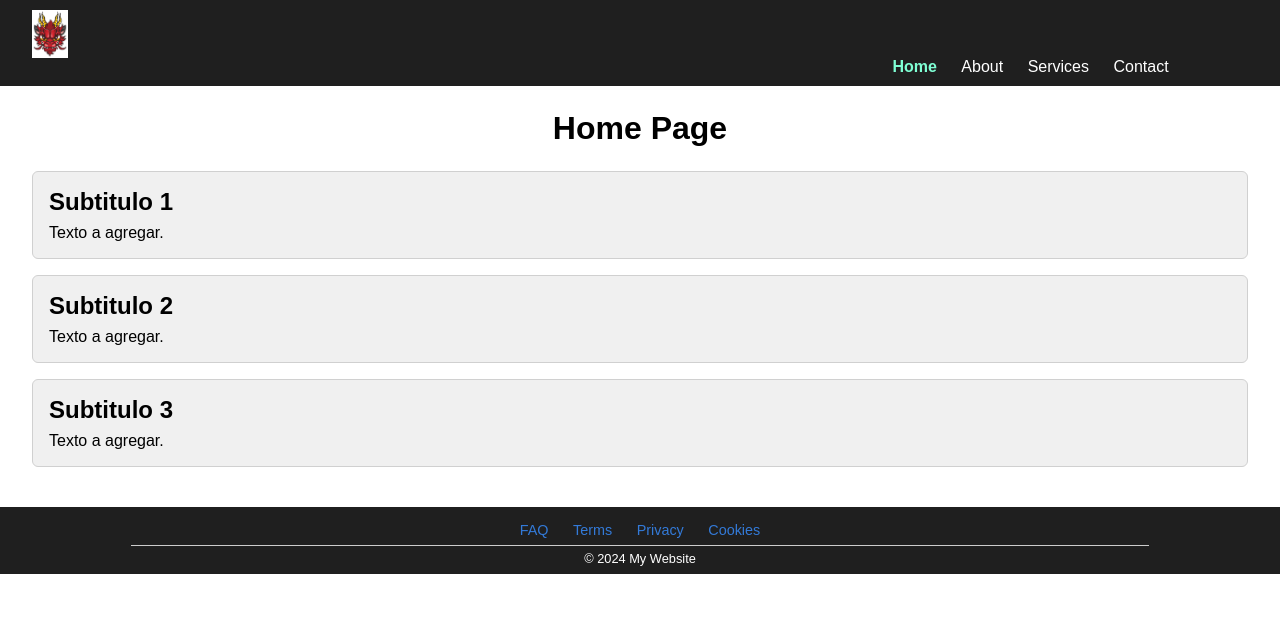
Repository: andreamm-lab/basic-navigation-example-2025-10
Page: index.html
These files come from the project's save history. The page is drawn as it stood at one moment and after the next save; the edit follows.
The browser window is 1280 px wide. The pictures show the whole page.

Above is the page before, as saved 2025-11-06 20:02:33.

After the next save:
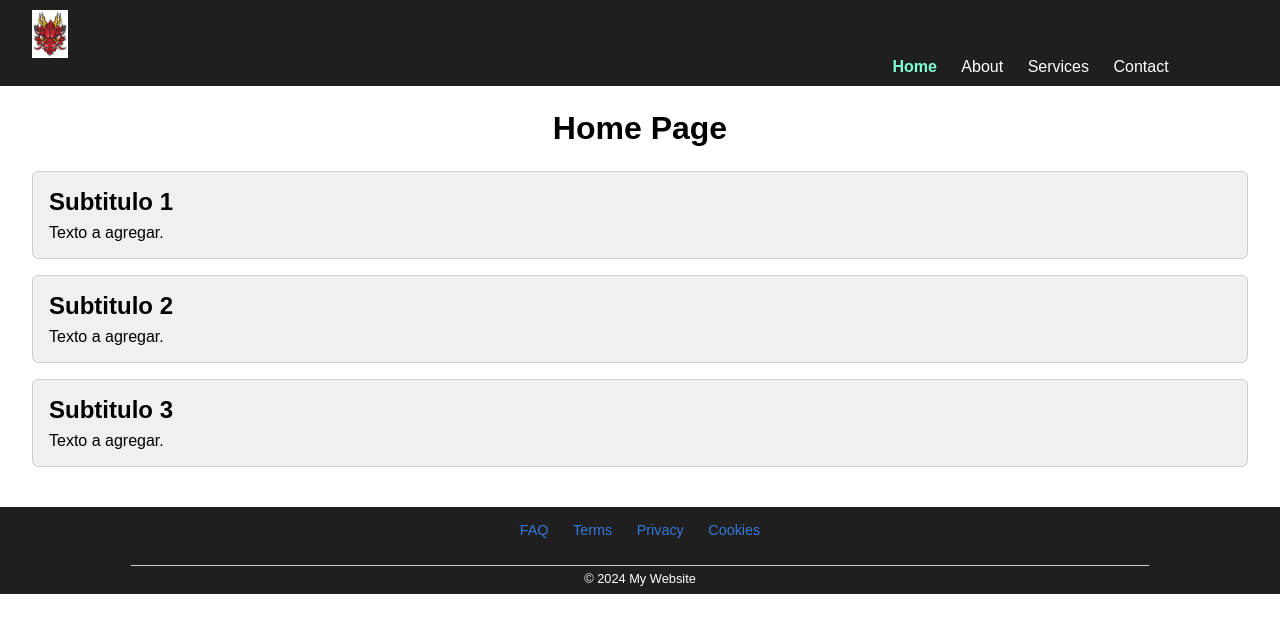
Saved 20 s later.
--- a/main.css
+++ b/main.css
@@ -178,7 +178,7 @@
 
 footer nav {
     padding: 6px 0px;
-    min-height: 20px;
+    height: 50px;
     background-color: #1F1F1F;
 }
 

After the save that followed:
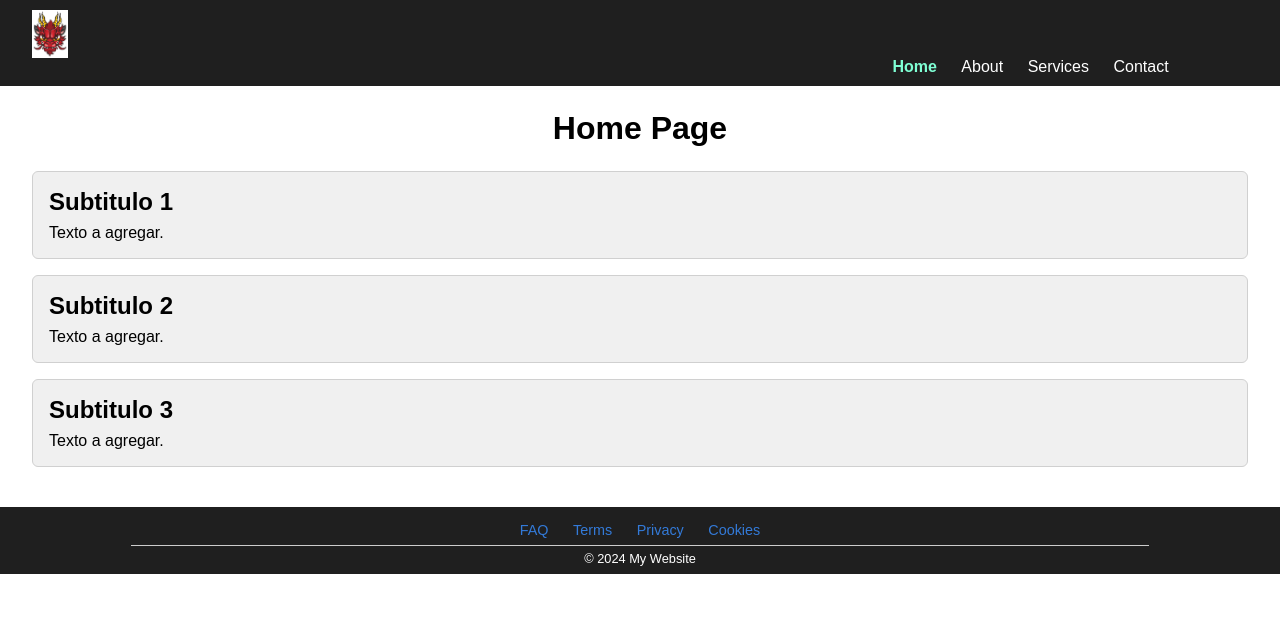
Saved 12 s later.
--- a/main.css
+++ b/main.css
@@ -178,7 +178,7 @@
 
 footer nav {
     padding: 6px 0px;
-    height: 50px;
+    height: auto;
     background-color: #1F1F1F;
 }
 
